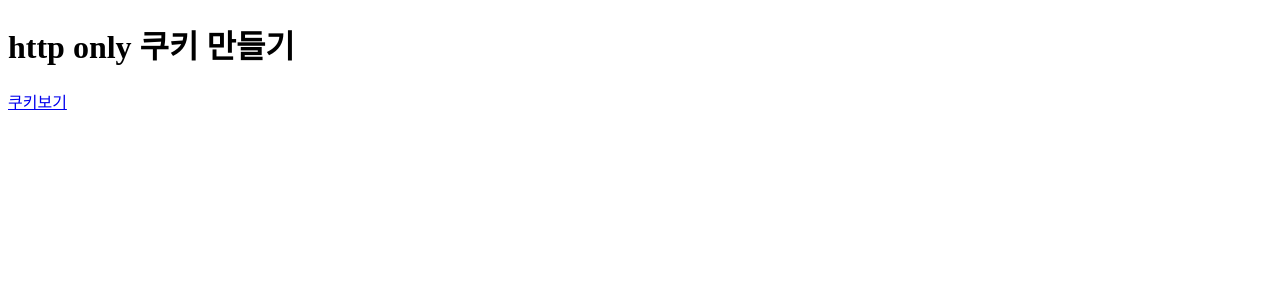
Repository: JJinBBangg/JSP
Page: http://localhost/jsp/ch09/lecture/01cookie/14httponly.jsp
The author's editor kept a copy of each file at every save. The page is drawn from the files as they stood at one save, then again after the next save.
The browser window is 1280 px wide. The pictures show the whole page.
The page is served by Tomcat 9. Other server files are loaded and not shown.

Above is the page before, as saved 2023-03-31 02:51:48.

### jsp/src/main/webapp/ch09/lecture/01cookie/14httponly.jsp
<%@ page language="java" contentType="text/html; charset=UTF-8"
    pageEncoding="UTF-8"%>
<%@ page import="java.util.*"%>
<!DOCTYPE html>
<html>
<head>
<meta charset="UTF-8">
<title>Insert title here</title>
</head>
<body>
	<h1>http only 쿠키 만들기</h1>
	<%
	Cookie cookie = new Cookie("my-cookie3", "my-value3");
	cookie.setHttpOnly(true); //js에서 접근 못하는 쿠키

	response.addCookie(cookie);
	response.addCookie(new Cookie("my-cookie4", "my-value4"));

	%>
	<a href="03view-cookie.jsp">쿠키보기</a>
</body>
</html>

After the next save:
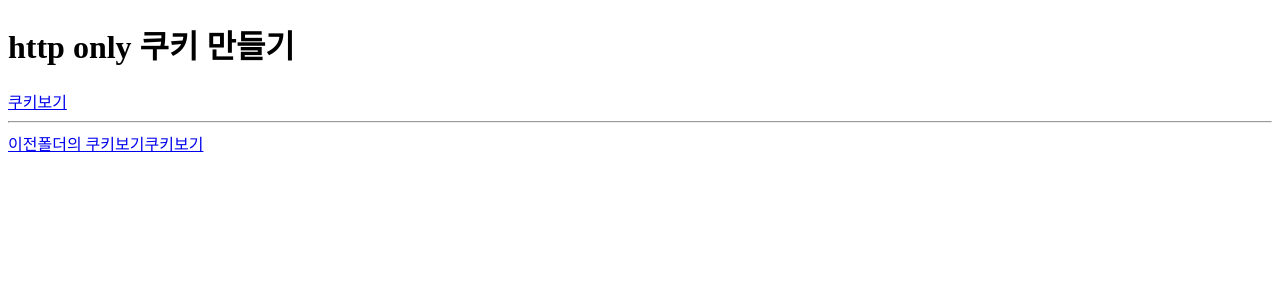
Saved 22 min 6 s later.
--- a/jsp/src/main/webapp/ch09/lecture/01cookie/14httponly.jsp
+++ b/jsp/src/main/webapp/ch09/lecture/01cookie/14httponly.jsp
@@ -17,6 +17,8 @@
 	response.addCookie(new Cookie("my-cookie4", "my-value4"));
 
 	%>
-	<a href="03view-cookie.jsp">쿠키보기</a>
+	<a href="13view-cookie.jsp">쿠키보기</a>
+	<hr />
+	<a href="../13view-cookie.jsp">이전폴더의 쿠키보기쿠키보기</a>
 </body>
 </html>
